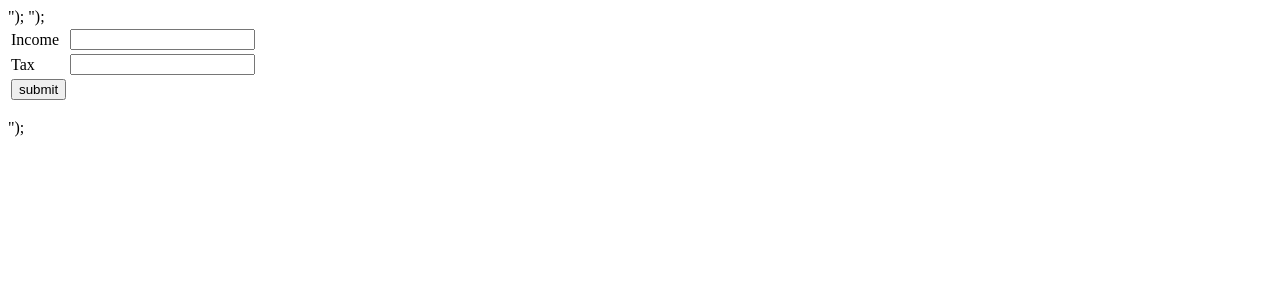
Repository: mnarendra333/batch21_WE
Page: Cookies/WebContent/form2.html
An editor plug-in stored every save of this project. The page is shown before and after the next save, followed by the edit.
The browser window is 1280 px wide. The pictures show the whole page.

Above is the page before, as saved 2019-02-17 06:25:22.

### Cookies/WebContent/form2.html
<form action=ssrv>
<table><tr><td>Income</td><td><input type=number name=income></td></tr>");
	<tr><td>Tax</td><td><input type=number name=tax></td></tr>");
	<tr><td><input type=submit value=submit></td></tr></table></form>");

After the next save:
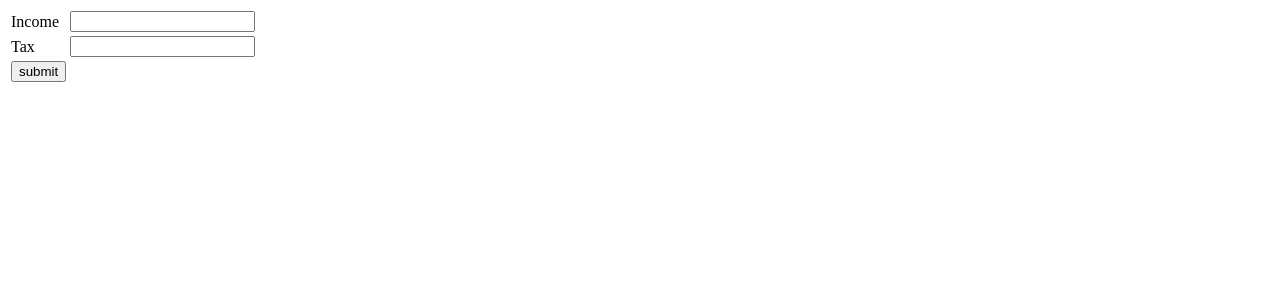
Saved 6 s later.
--- a/Cookies/WebContent/form2.html
+++ b/Cookies/WebContent/form2.html
@@ -1,4 +1,15 @@
 <form action=ssrv>
-<table><tr><td>Income</td><td><input type=number name=income></td></tr>");
-	<tr><td>Tax</td><td><input type=number name=tax></td></tr>");
-	<tr><td><input type=submit value=submit></td></tr></table></form>");
+	<table>
+		<tr>
+			<td>Income</td>
+			<td><input type=number name=income></td>
+		</tr>
+		<tr>
+			<td>Tax</td>
+			<td><input type=number name=tax></td>
+		</tr>
+		<tr>
+			<td><input type=submit value=submit></td>
+		</tr>
+	</table>
+</form>
